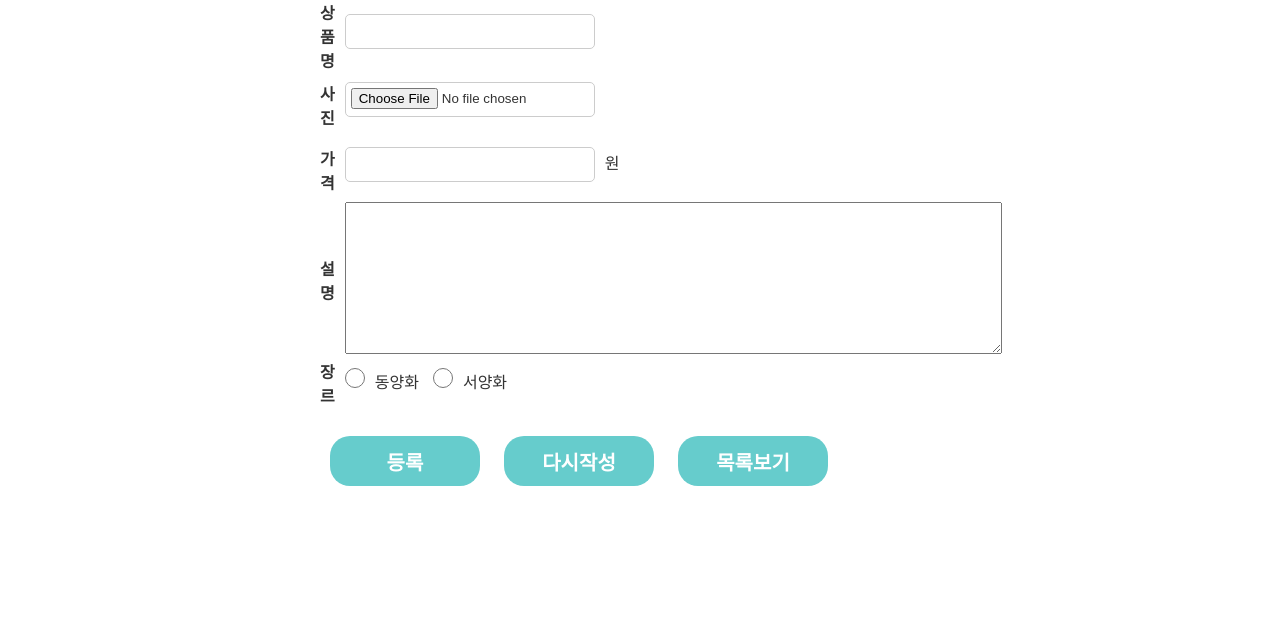
Repository: leeboseok/GalleryIksun
Page: http://localhost/GalleryIkSun/registerProducts.jsp
An editor plug-in stored every save of this project. The page is shown before and after the next save, followed by the edit.
The browser window is 1280 px wide. The pictures show the whole page.
The page is served by Tomcat 9. Nobody is signed in. The application's start-up code is not run.

Above is the page before, as saved 2024-08-16 11:32:59.

After the next save:
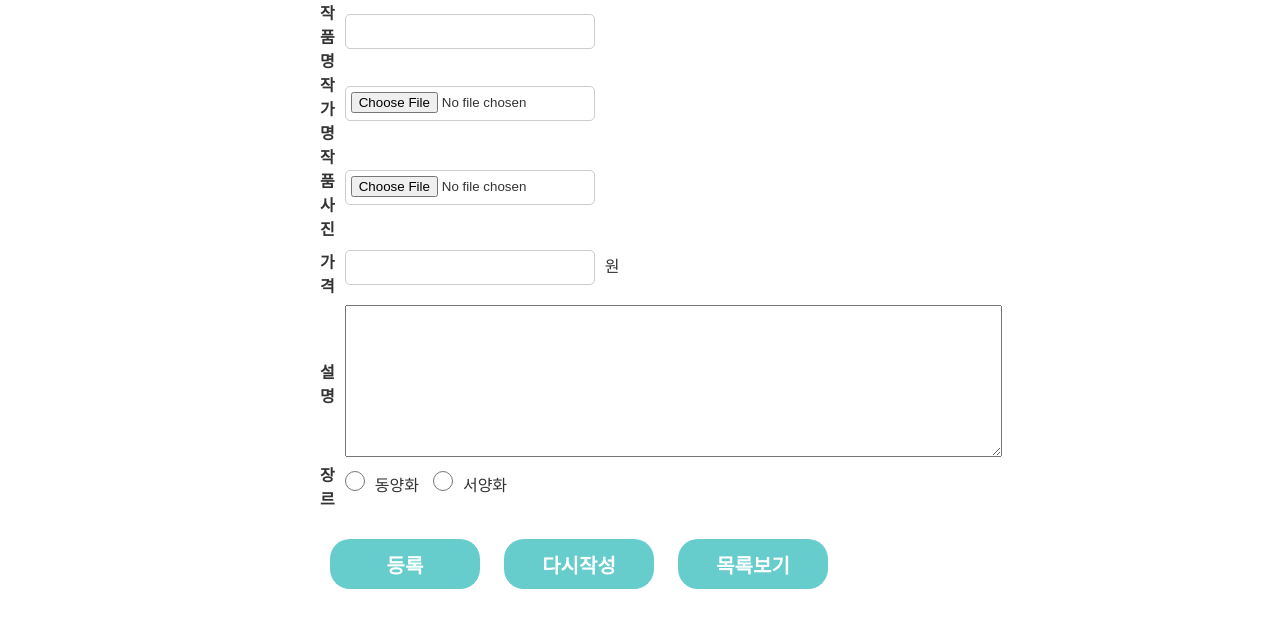
Saved 105 s later.
--- a/GalleryIkSun/src/main/webapp/registerProducts.jsp
+++ b/GalleryIkSun/src/main/webapp/registerProducts.jsp
@@ -12,11 +12,15 @@
 			<form method="post" enctype="multipart/form-data" name="frm">
 				<table>
 					<tr>
-						<th>상품명</th>
+						<th>작품명</th>
 						<td><input type="text" name="title"></td>
 					</tr>
 					<tr>
-						<th>사진</th>
+						<th>작가명</th>
+						<td><input type="file" name="author"></td>
+					</tr>
+					<tr>
+						<th>작품 사진</th>
 						<td><input type="file" name="picture"></td>
 					</tr>
 					<tr>
